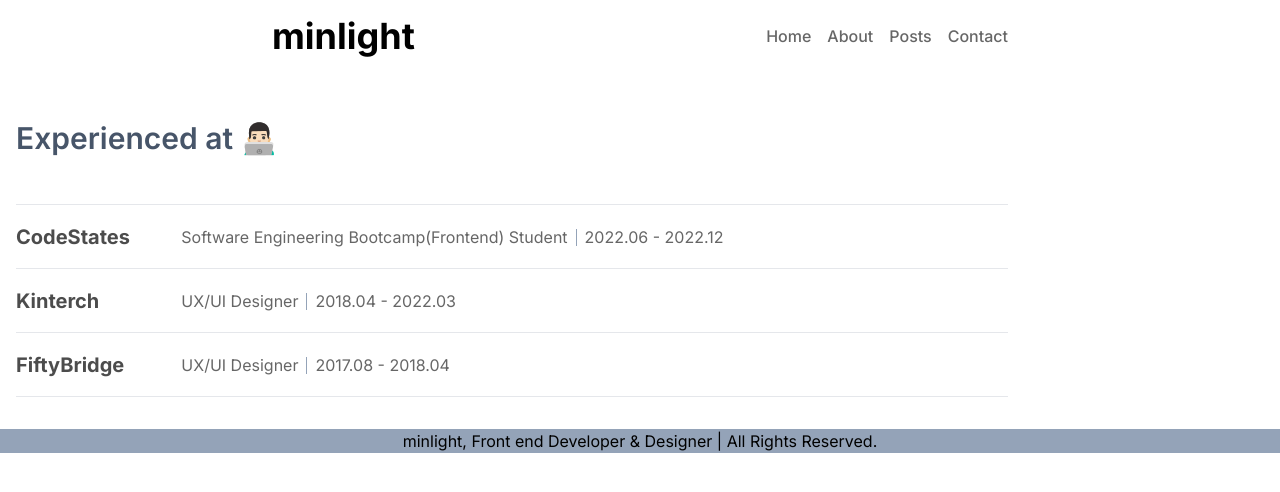
Repository: kwngmin/minlight-blog
Page: /about
An editor plug-in stored every save of this project. The page is shown before and after the next save, followed by the edit.
The browser window is 1280 px wide. The pictures show the whole page.
The project was rebuilt for these pictures with package versions that can differ from the ones it lists, and the page was loaded fresh each time. The framework's server and built-in components were replaced by stand-ins that run in the browser. Also part of the build but not shown: next.config.js.

Above is the page before, as saved 2023-04-01 00:58:29.

After the next save:
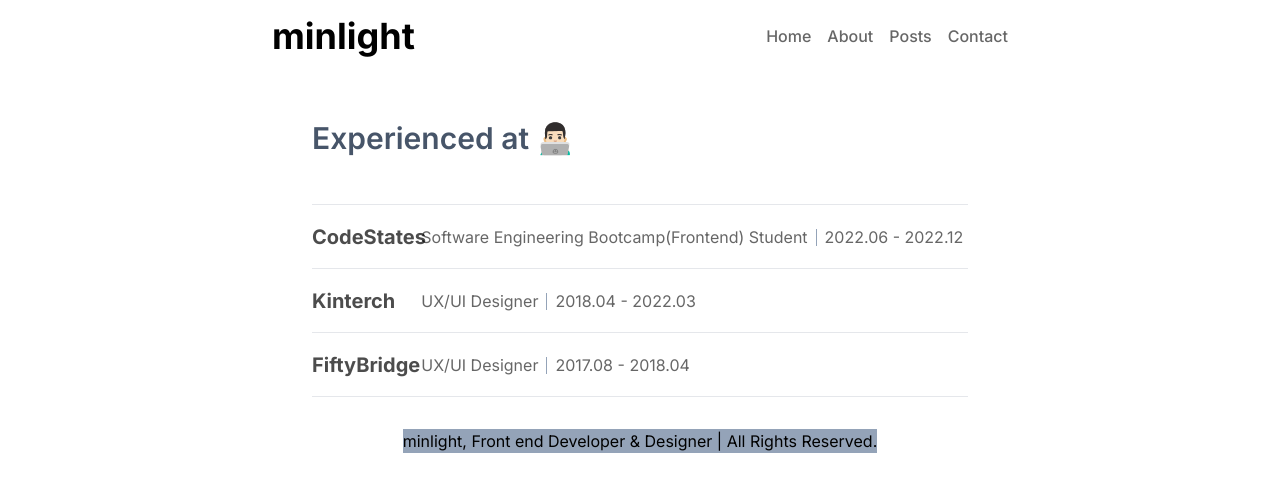
Saved 7 s later.
--- a/src/app/layout.tsx
+++ b/src/app/layout.tsx
@@ -17,7 +17,7 @@ export default function RootLayout({
 }) {
   return (
     <html lang="en" className={inter.className}>
-      <body className="flex flex-col w-full">
+      <body className="flex flex-col w-full items-center">
         <Header />
         <main className="px-4 pb-8 max-w-screen-lg">{children}</main>
         <Footer />
